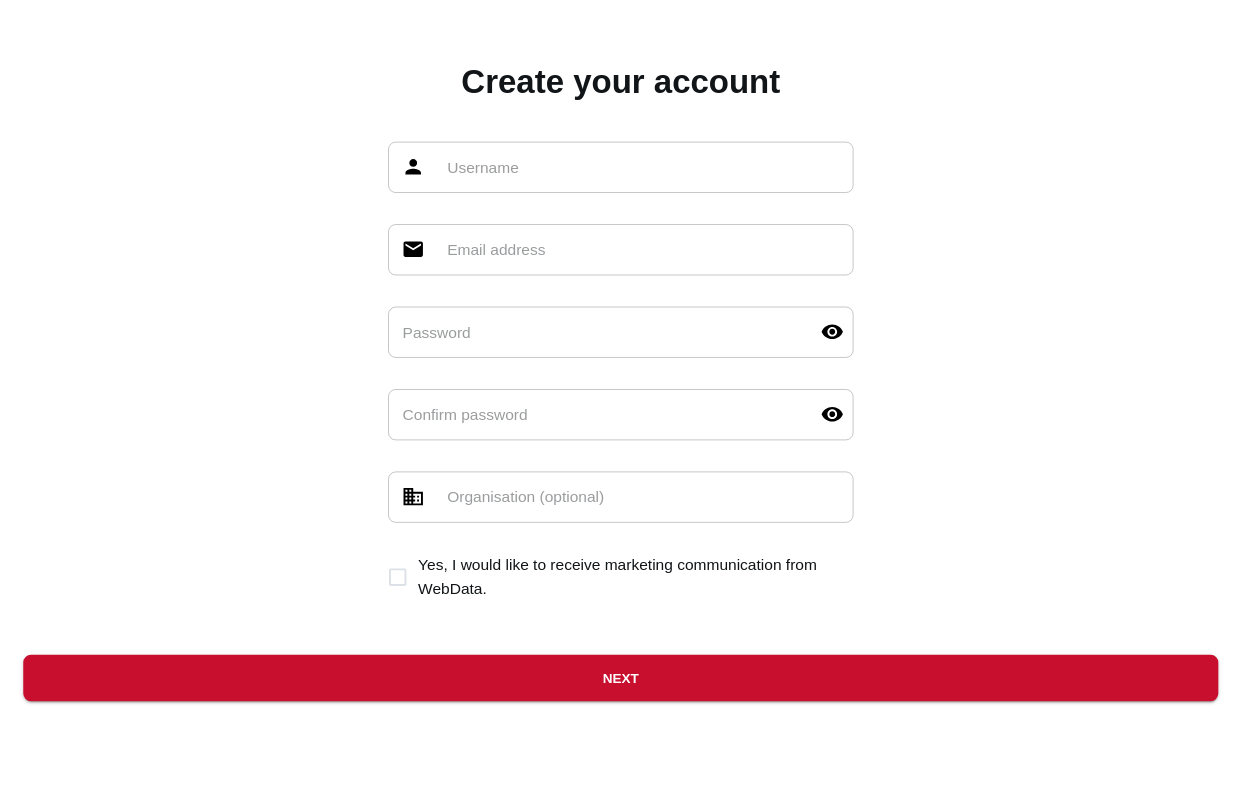
Repository: Pascal-Ahmadu/Tender-download-system
Page: /register (app in frontend/)
These files come from the project's save history. The page is drawn as it stood at one moment and after the next save; the edit follows.
The browser window is 1280 px wide. The pictures show the whole page, at 97% of full size.
The page's requests for data from a server got no answer. Some web fonts or font styles are not loaded; a fallback is used. The project was rebuilt for these pictures with package versions that can differ from the ones it lists, and the page was loaded fresh each time. No one was signed in, and anything a server would have sent is missing. Also part of the build but not shown: frontend/vite.config.js, frontend/src/components/pages/LoginPage.jsx.

Above is the page before, as saved 2024-07-31 08:36:01.

After the next save:
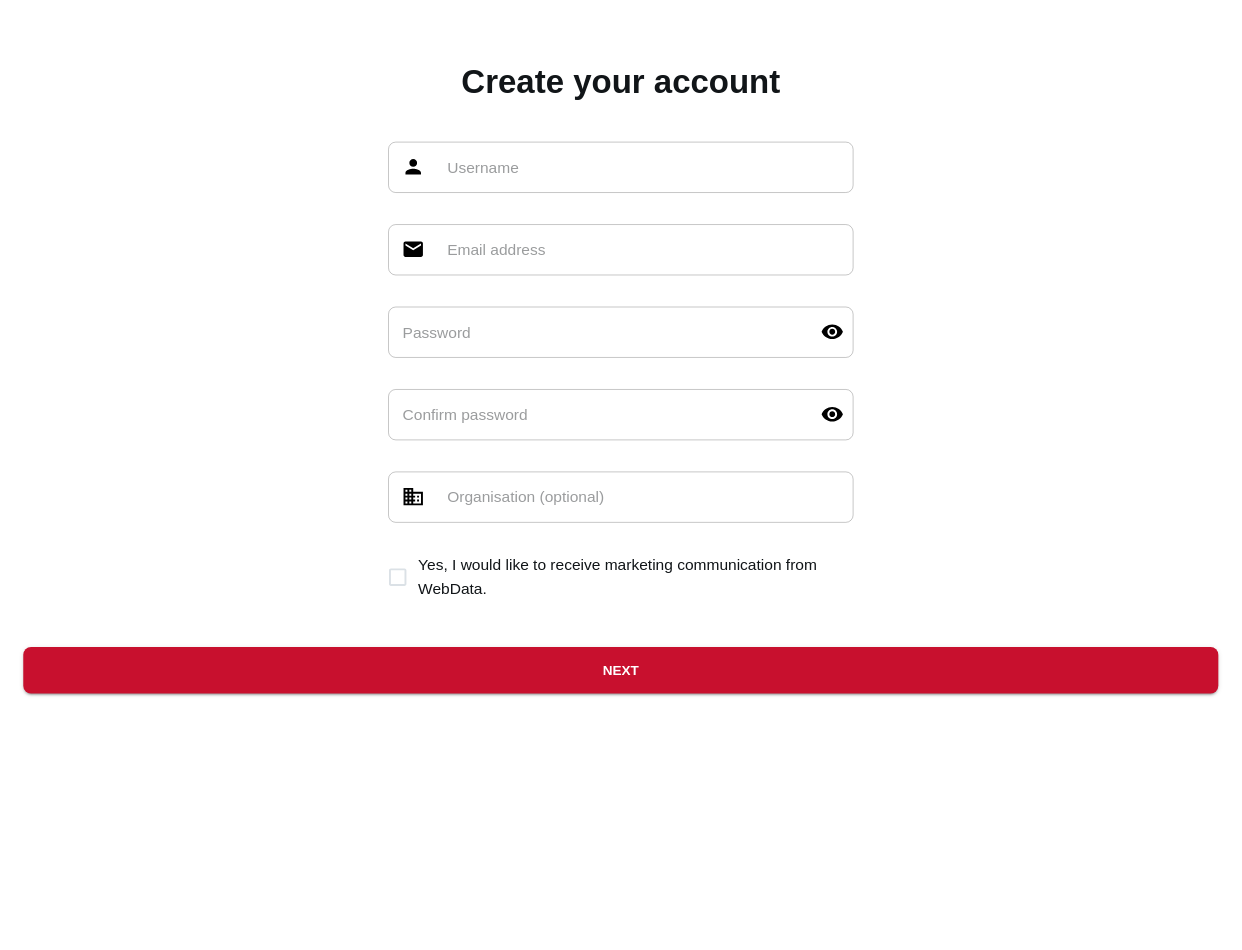
Saved 19 s later.
--- a/frontend/src/components/pages/RegistrationPage.jsx
+++ b/frontend/src/components/pages/RegistrationPage.jsx
@@ -372,8 +372,8 @@ function SignupForm() {
             fontWeight: "bold",
             borderRadius: 2,
             py: 1.5, // Adjust vertical padding for height
-            mt: 1, // Reduced margin top for spacing
-            mb: 10,
+
+            mb: 30,
             width: "100%", // Ensure button width is 100% of container width
             boxSizing: "border-box", // Ensure padding is included in width
             "&:hover": {
